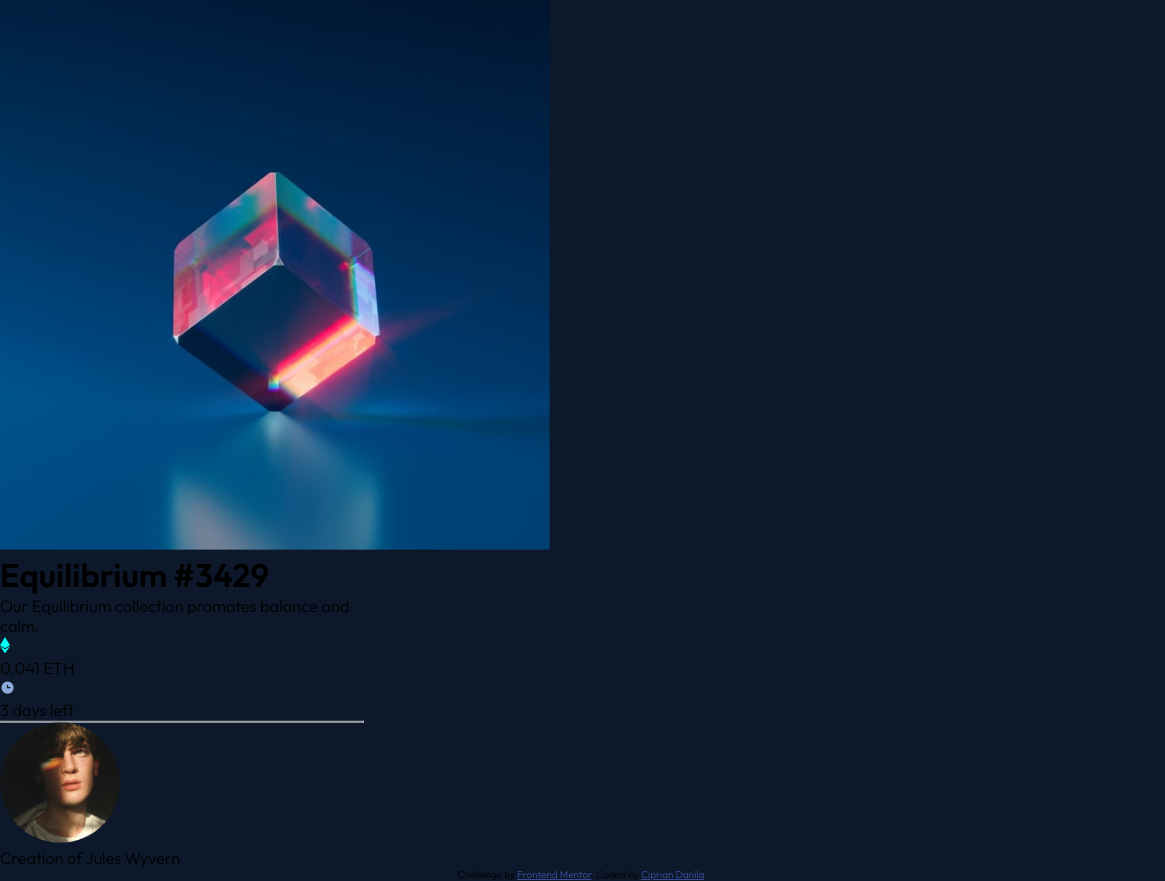
Repository: cipdanila/NFT-preview-card-component
Page: index.html
These files come from the project's save history. The page is drawn as it stood at one moment and after the next save; the edit follows.
The browser window is 1280 px wide. The pictures show the whole page, at 91% of full size.

Above is the page before, as saved 2024-01-26 20:40:11.

After the next save:
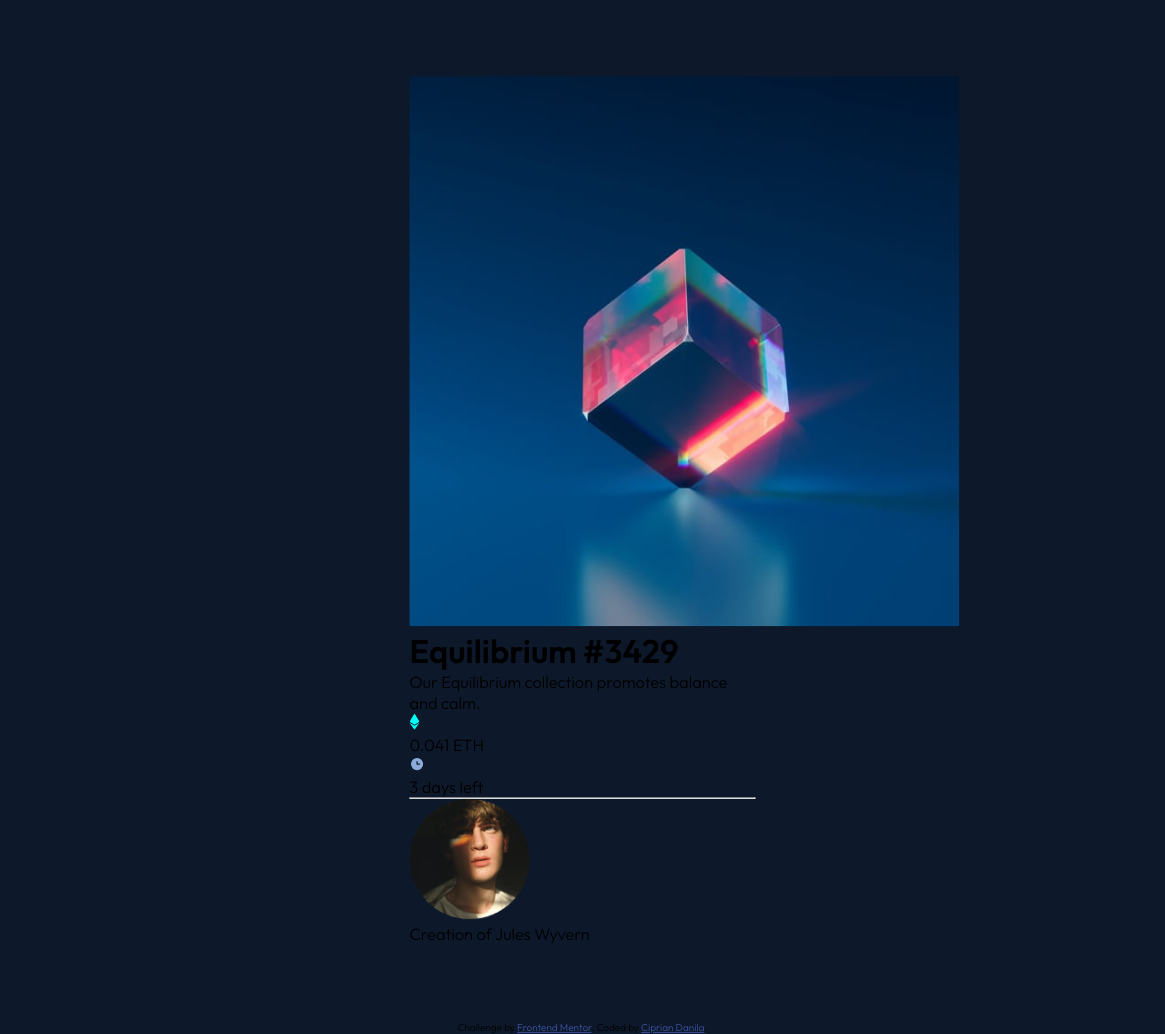
Saved 50 s later.
--- a/style.css
+++ b/style.css
@@ -29,6 +29,9 @@
 
 .container {
     max-width: 400px;
+    margin: 4rem auto;
+    padding: 1.25rem 0.625rem;
+    border-radius: 1rem;
 }
 
 .attribution {
